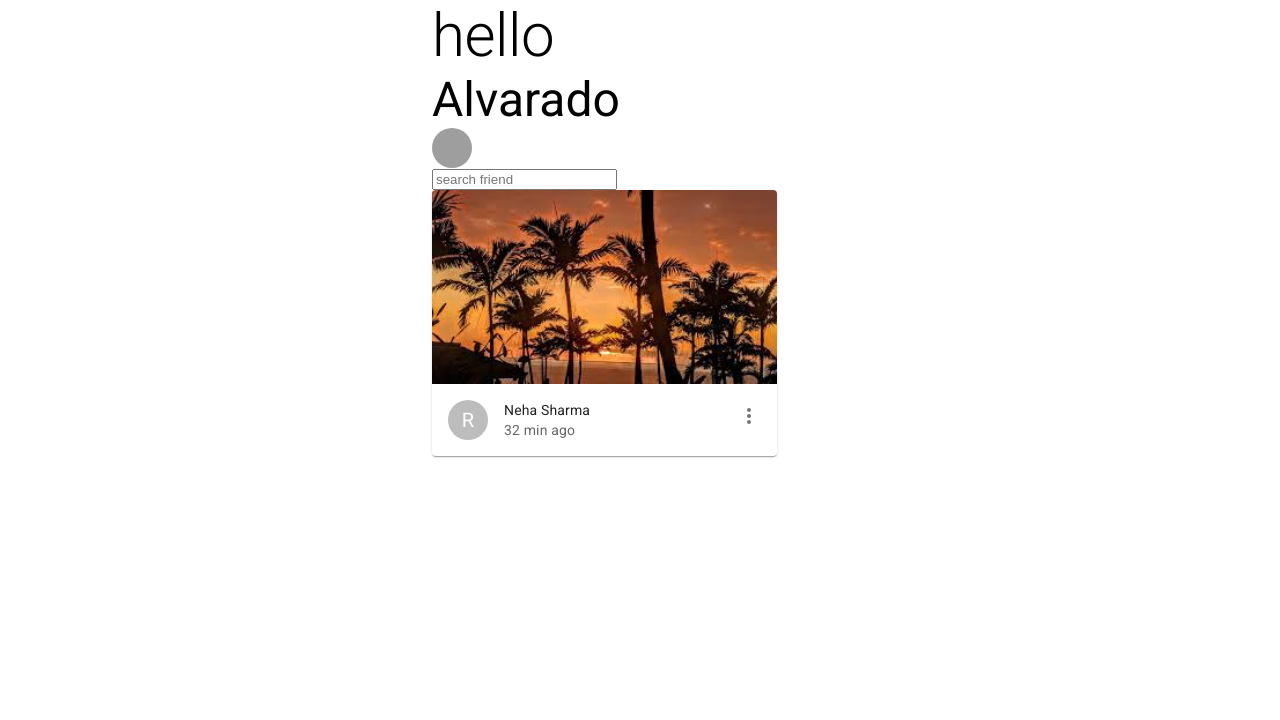
Repository: GokulDev4U/Immence_task
Page: /
An editor plug-in stored every save of this project. The page is shown before and after the next save, followed by the edit.
The browser window is 1280 px wide. The pictures show the whole page.
Pictures or frames that could not be fetched are drawn as grey boxes. The project was rebuilt for these pictures with package versions that can differ from the ones it lists, and the page was loaded fresh each time. Also part of the build but not shown: src/App.css.

Above is the page before, as saved 2022-05-07 15:04:21.

After the next save:
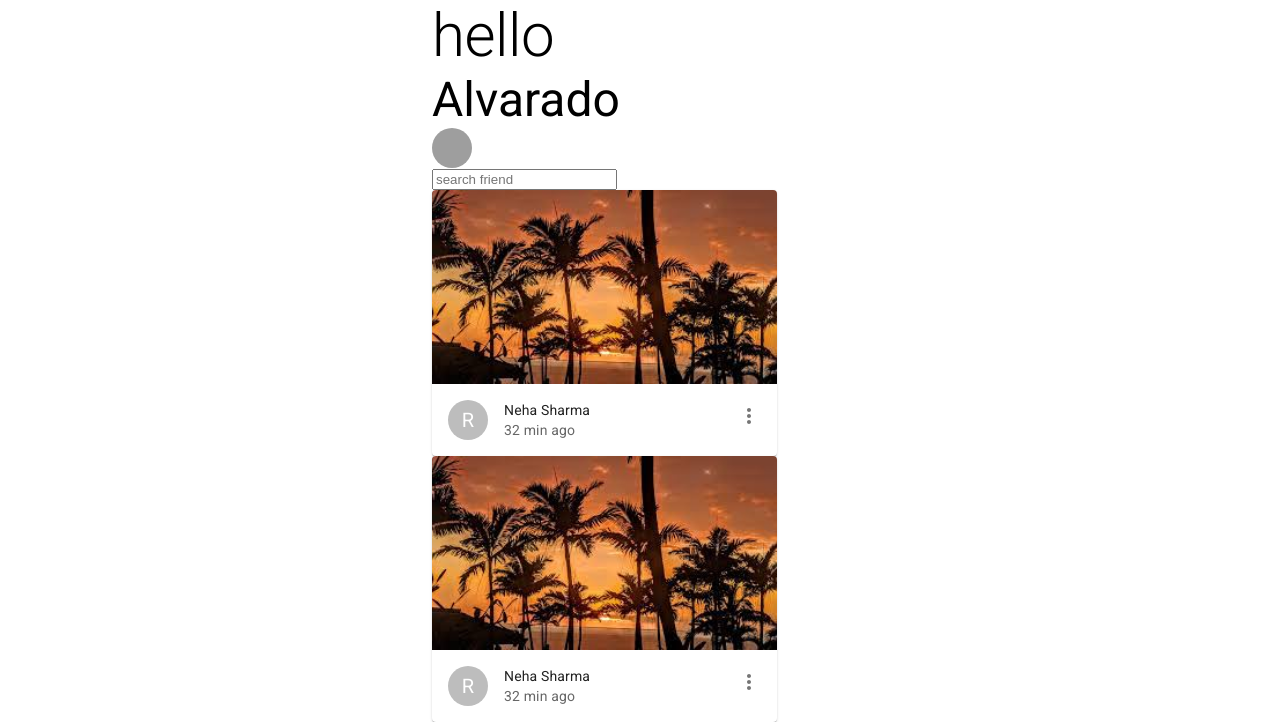
Saved 9 s later.
--- a/src/components/Home/Home.jsx
+++ b/src/components/Home/Home.jsx
@@ -27,6 +27,7 @@ const Home = () => {
                         <input type="text" placeholder='search friend' />
                     </div>
                     <SinglePost />
+                    <SinglePost />
                 </Grid>
                 <Grid item xs={4}></Grid>
             </Grid>
